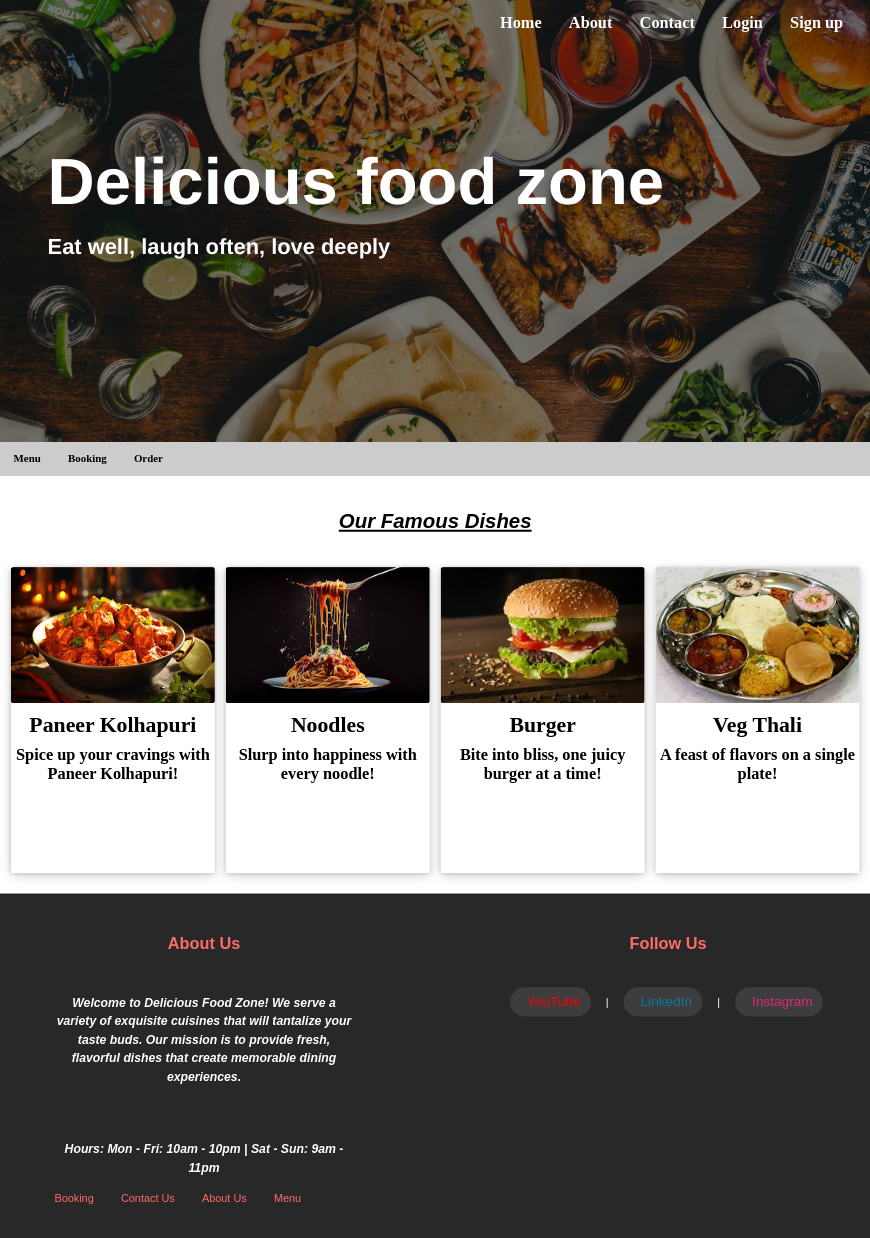
Repository: Shreya-Bonde/Restaurant-management-system
Page: index.html
The author's editor kept a copy of each file at every save. The page is drawn from the files as they stood at one save, then again after the next save.
The browser window is 1280 px wide. The pictures show the whole page, at 68% of full size.

Above is the page before, as saved 2024-10-17 19:17:42.

After the next save:
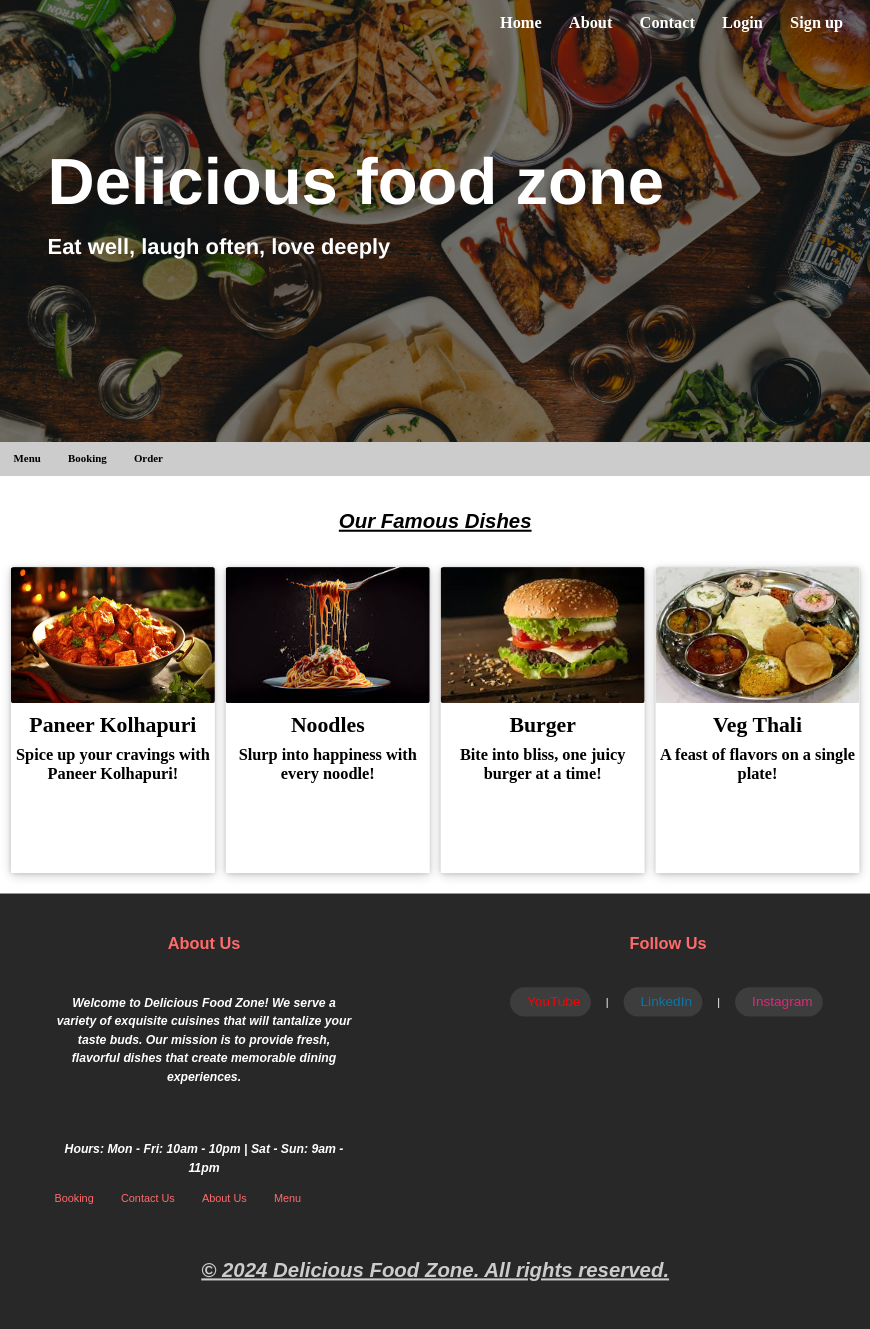
Saved 10 s later.
--- a/index.html
+++ b/index.html
@@ -97,9 +97,9 @@
         </div>
 
 
-        <!-- <div class="footer-bottom">
+        <div class="footer-bottom">
             <p>&copy; 2024 Delicious Food Zone. All rights reserved.</p>
-        </div> -->
+        </div>
     </footer>
 
 </body>

After the 2 saves that followed:
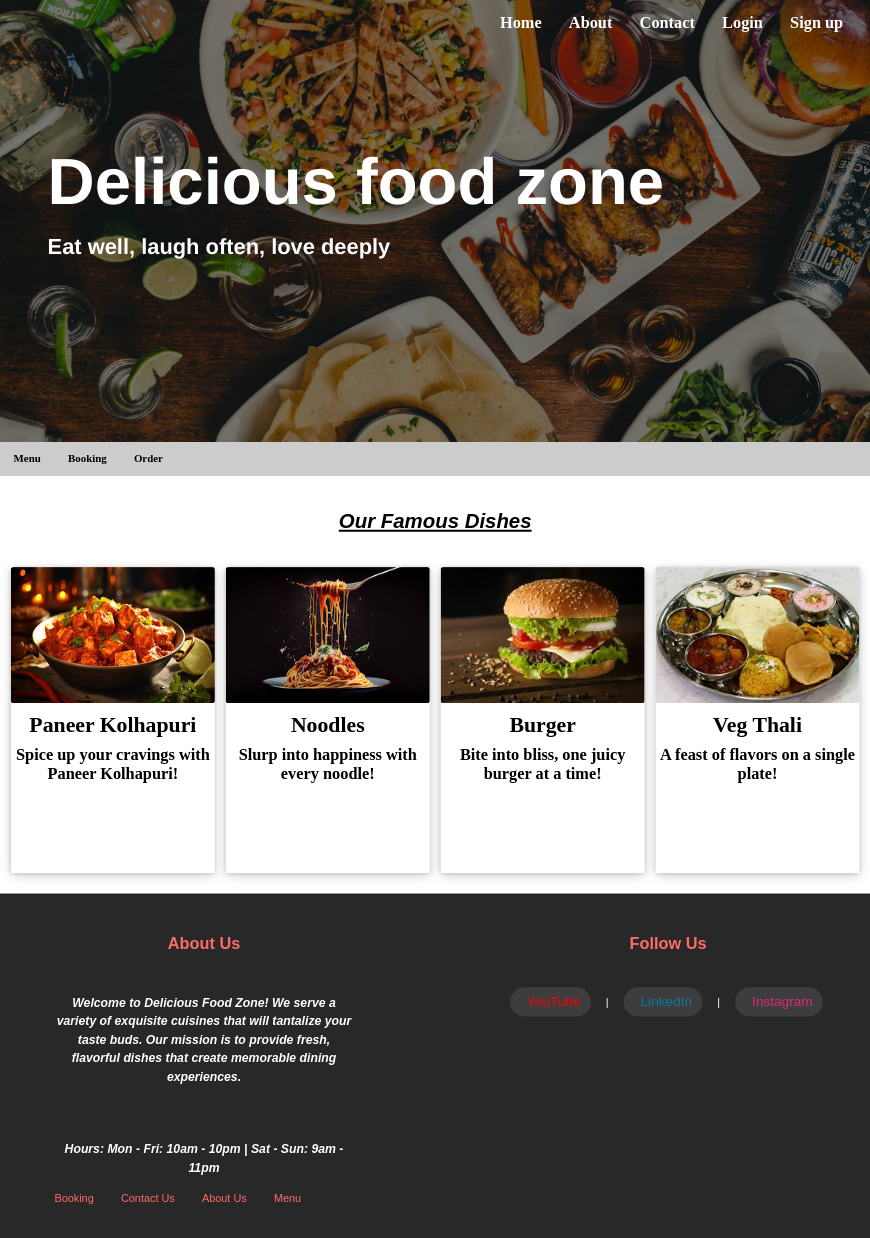
The 2 saves are shown as one change because they came seconds apart.
The last was saved 21 s later.
--- a/index.html
+++ b/index.html
@@ -88,6 +88,8 @@
                 </div>
             </div>
 
+
+
             <div class="footer-links">
                 <a href="menu.html">Menu</a>
                  <a href="about.html">About Us</a>
@@ -97,9 +99,7 @@
         </div>
 
 
-        <div class="footer-bottom">
-            <p>&copy; 2024 Delicious Food Zone. All rights reserved.</p>
-        </div>
+
     </footer>
 
 </body>
